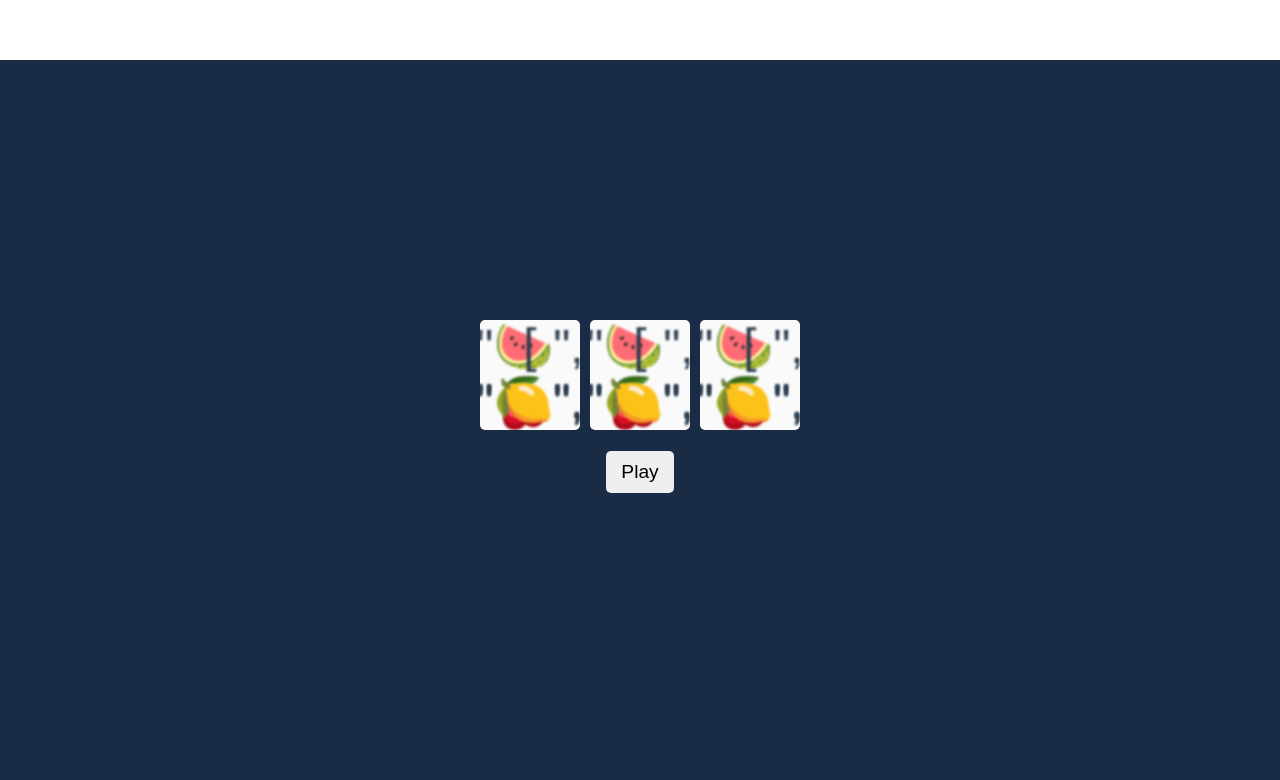
Repository: HERBOD7/slotmachine
Page: /
These files come from the project's save history. The page is drawn as it stood at one moment and after the next save; the edit follows.
The browser window is 1280 px wide. The pictures show the whole page.
The project was rebuilt for these pictures with package versions that can differ from the ones it lists, and the page was loaded fresh each time. Also part of the build but not shown: vue.config.js.

Above is the page before, as saved 2023-07-22 23:46:04.

After the next save:
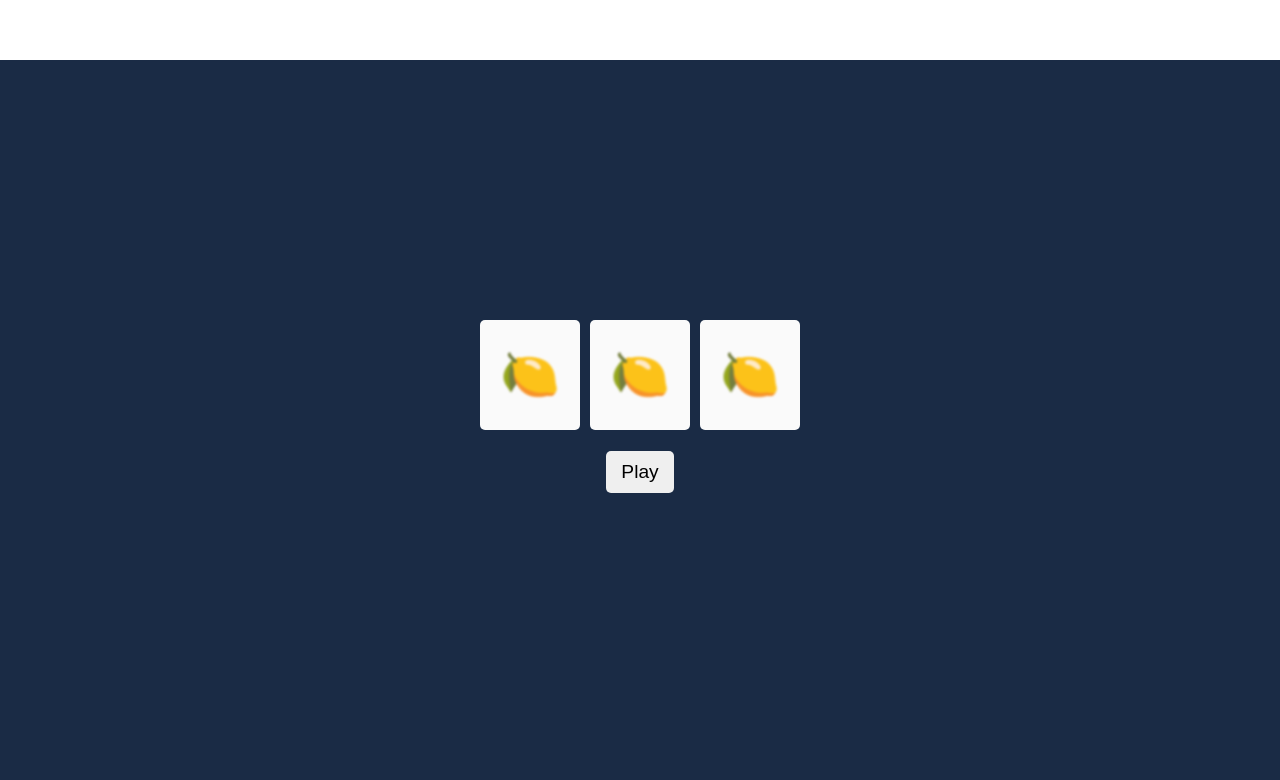
Saved 53 s later.
--- a/src/App.vue
+++ b/src/App.vue
@@ -1,14 +1,14 @@
 <template>
   <div id="app">
     <div class="doors">
-      <div class="door" v-for="i in 3" :key="i">
+      <div class="door" v-for="symbol in symbols" :key="symbol">
         <div class="boxes">
           <div
             :class="['box', isShuffling ? 'animation' : 'blur']"
-            v-for="symbol in symbols"
-            :key="symbol"
+            v-for="(item, index) in symbol"
+            :key="index"
           >
-            {{ symbol }}
+            {{ item }}
           </div>
         </div>
       </div>
